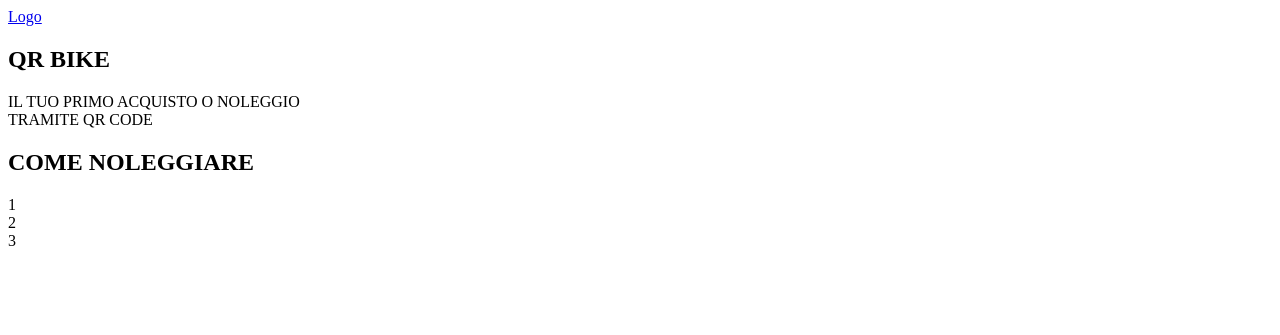
Repository: andrealepori/qrbike
Page: index.html
These files come from the project's save history. The page is drawn as it stood at one moment and after the next save; the edit follows.
The browser window is 1280 px wide. The pictures show the whole page.

Above is the page before, as saved 2020-09-16 15:49:22.

After the next save:
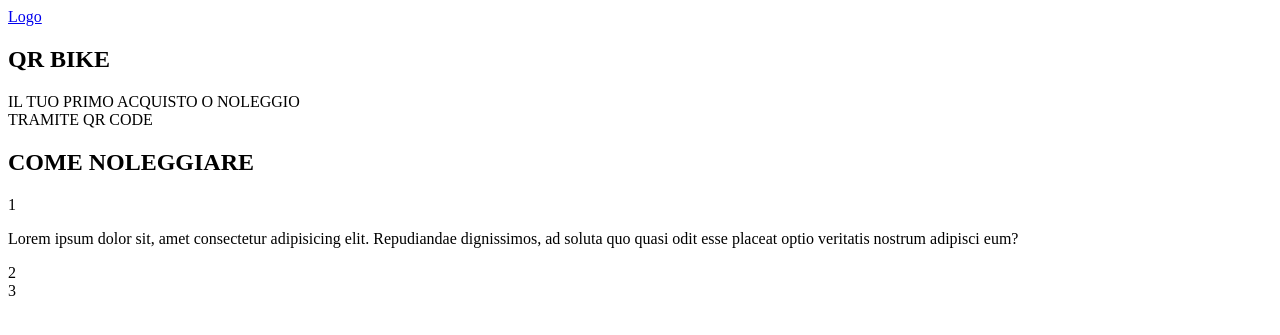
Saved 59 s later.
--- a/index.html
+++ b/index.html
@@ -44,7 +44,13 @@
   <div class="support-grid"></div>
 
   <section class="grid-1">
-    <div class="item-1">1</div>
+    <div class="item-1">1
+
+
+      <p>
+        Lorem ipsum dolor sit, amet consectetur adipisicing elit. Repudiandae dignissimos, ad soluta quo quasi odit esse placeat optio veritatis nostrum adipisci eum?
+      </p>
+    </div>
     <div class="item-2">2</div>
     <div class="item-3">3</div>
 
